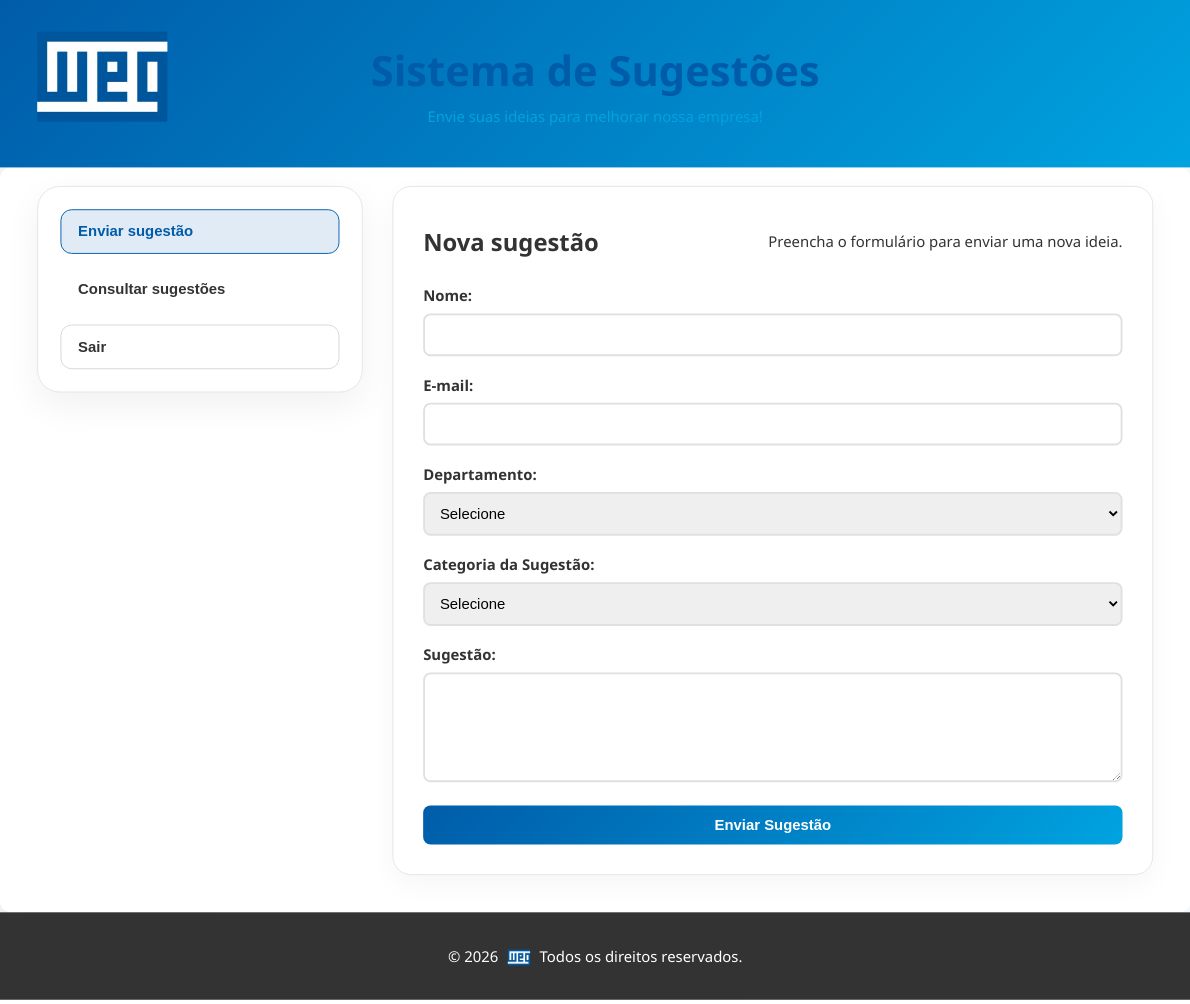
Repository: joaovg1/trabalhoideiasweg
Page: frontend/suggestions.html
An editor plug-in stored every save of this project. The page is shown before and after the next save, followed by the edit.
The browser window is 1280 px wide. The pictures show the whole page, at 93% of full size.
The page's requests for data from a server got no answer.

Above is the page before, as saved 2026-04-16 19:59:11.

After the next save:
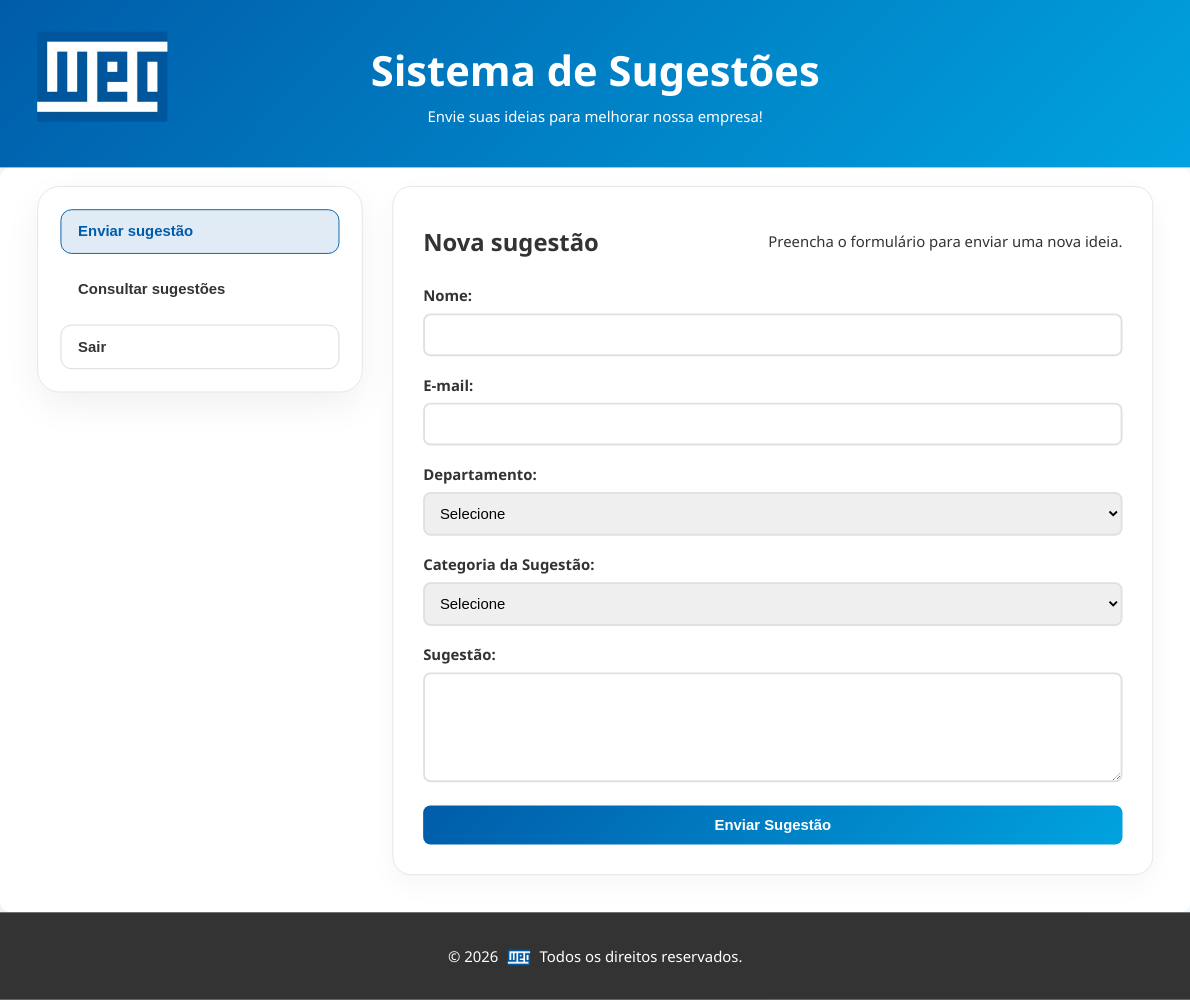
Saved 6 min 25 s later.
--- a/frontend/style.css
+++ b/frontend/style.css
@@ -40,12 +40,12 @@
 .header-center h1 {
     margin: 0;
     font-size: 2.8rem;
-    color: var(--weg-blue);
+    color: #FFFFFF;
 }
 
 .header-center p {
     margin: 8px 0 0;
-    color: var(--weg-light-blue);
+    color: #FFFFFF;
     font-size: 1rem;
 }
 
